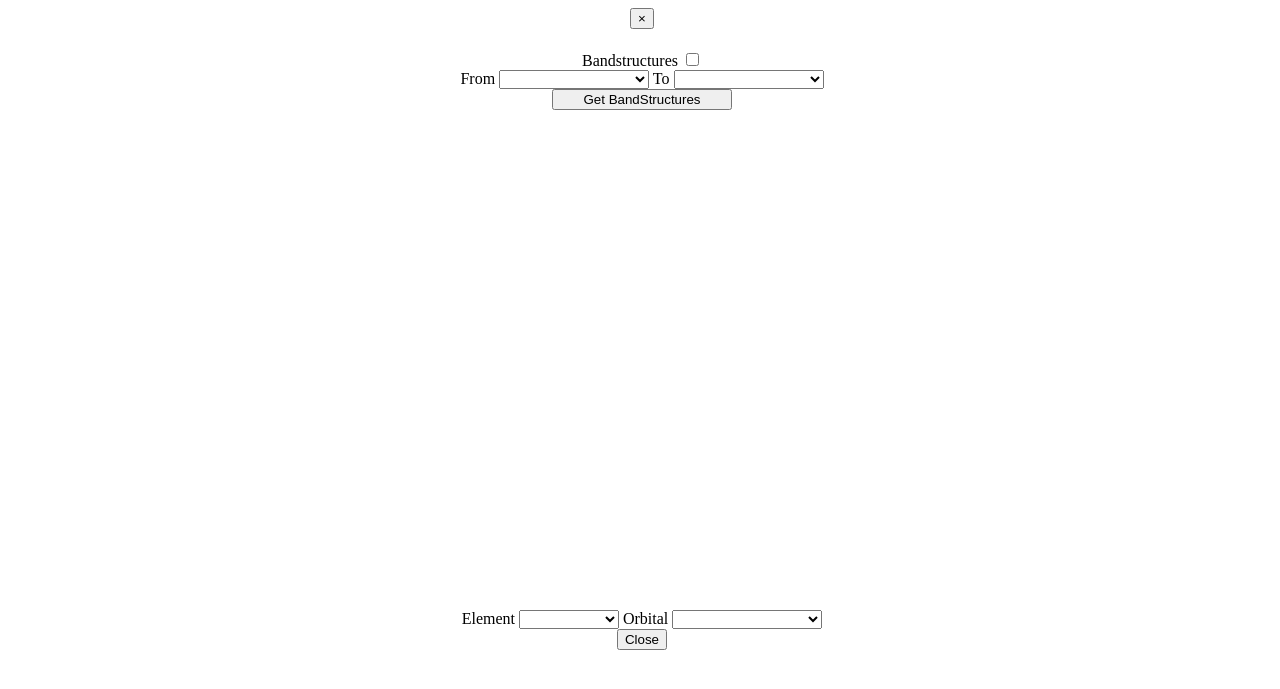
Repository: atowfiq/FESD_website-scripts
Page: http://localhost/fesdweb/BandstructureChart.jsp
These files come from the project's save history. The page is drawn as it stood at one moment and after the next save; the edit follows.
The browser window is 1280 px wide. The pictures show the whole page.
The page is served by Tomcat 9.

Above is the page before, as saved 2017-07-28 00:25:55.

After the next save:
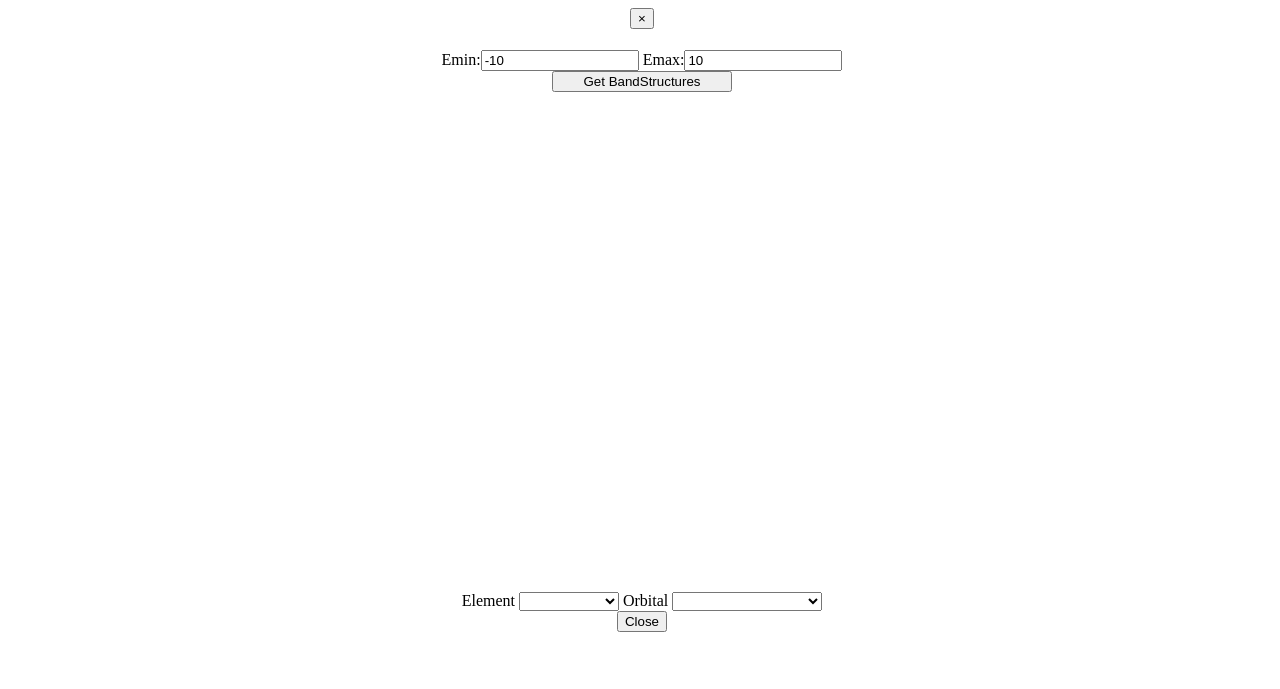
Saved 109 s later.
--- a/fesdweb/WebContent/BandstructureChart.jsp
+++ b/fesdweb/WebContent/BandstructureChart.jsp
@@ -178,17 +178,12 @@ margin-top:-40px;
         </div>
         <div class="modal-body">
     <div>
-    <label  class="control-label ">Bandstructures</label> <input id="AllBandstructures" type="checkbox" value="All">
-
-	</div>
-	<div>
-
-	<label  class="control-label ">From</label> <select style="width: 150px; "  id="BandsFrom">
-
-		</select>
-		<label  class="control-label ">To</label> <select style="width: 150px; "  id="BandsTo">
-
-		</select>
+    <td>
+<label  class="control-label">Emin:</label><input id="Emin" style="width:150px;" class="form-control" value="-10">
+</td>
+<td>
+<label  class="control-label">Emax:</label><input id="Emax" style="width:150px;" class="form-control" value="10">
+</td>
 
 	</div>
 	<button style="width:180px;" class="btn btn-secondary" onclick="GetBandstructures()">Get BandStructures</button>
